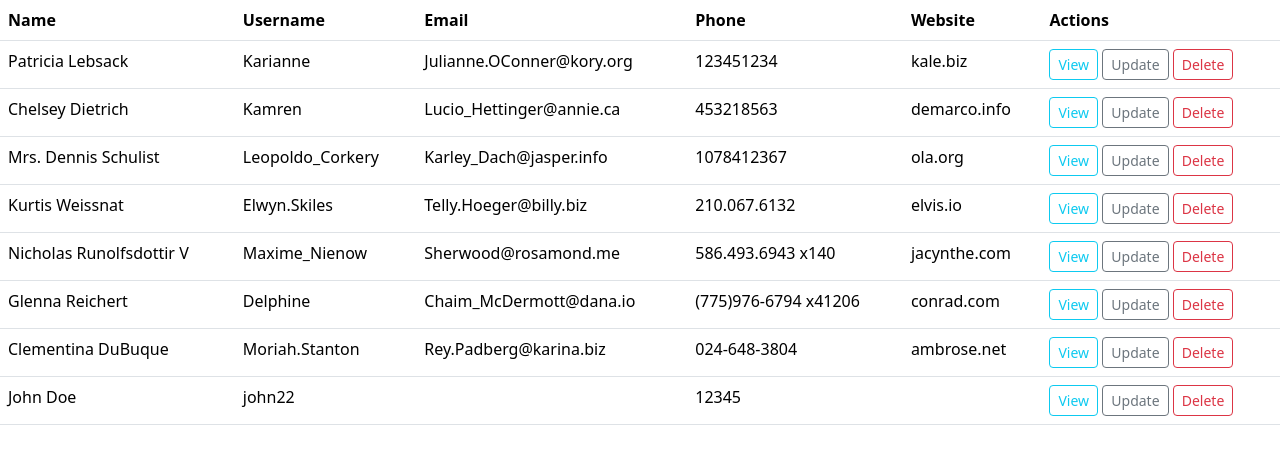
Repository: AyushMahatara/PHP-Simple-CRUD-with-JSON
Page: http://localhost/user/index.php
The author's editor kept a copy of each file at every save. The page is drawn from the files as they stood at one save, then again after the next save.
The browser window is 1280 px wide. The pictures show the whole page.
The page is run by PHP 8.4 with error messages shown; the project is at /var/www/html/.

Above is the page before, as saved 2024-03-20 15:41:41.

### user/index.php
<?php
require 'users.php';

$users = getUsers();
?>
<!DOCTYPE html>
<html lang="en">

<head>
    <meta charset="UTF-8">
    <meta name="viewport" content="width=device-width, initial-scale=1.0">
    <link href="https://cdn.jsdelivr.net/npm/bootstrap@5.3.3/dist/css/bootstrap.min.css" rel="stylesheet" integrity="sha384-QWTKZyjpPEjISv5WaRU9OFeRpok6YctnYmDr5pNlyT2bRjXh0JMhjY6hW+ALEwIH" crossorigin="anonymous">
    <title>Document</title>
</head>

<body>

    <table class="table">

        <thead>
            <tr>
                <th>Name</th>
                <th>Username</th>
                <th>Email</th>
                <th>Phone</th>
                <th>Website</th>
                <th>Actions</th>
            </tr>
        </thead>
        <tbody>
            <?php

            foreach ($users as $user) : ?>
                <tr>
                    <td>
                        <?php echo $user['name'] ?>
                    </td>
                    <td>
                        <?php echo $user['username'] ?>
                    </td>
                    <td>
                        <?php echo $user['email'] ?>
                    </td>
                    <td>
                        <?php echo $user['phone'] ?>
                    </td>
                    <td>
                        <?php echo $user['website'] ?>
                    </td>
                    <td>
                        <a href="view.php?id=<?php echo $user['id'] ?>" class="btn btn-sm btn-outline-info">View</a>
                        <a href="update.php?id=<?php echo $user['id'] ?>" class="btn btn-sm btn-outline-secondary">Update</a>
                        <a href="delete.php?id=<?php echo $user['id'] ?>" class="btn btn-sm btn-outline-danger">Delete</a>
                    </td>
                </tr>
            <?php
            endforeach     ?>
        </tbody>

    </table>

</body>

<script src="https://cdn.jsdelivr.net/npm/bootstrap@5.3.3/dist/js/bootstrap.bundle.min.js" integrity="sha384-YvpcrYf0tY3lHB60NNkmXc5s9fDVZLESaAA55NDzOxhy9GkcIdslK1eN7N6jIeHz" crossorigin="anonymous"></script>


</html>

### user/users.php
<?php

function getUsers()
{
    return json_decode(file_get_contents('./users.json'), true);

    // echo '<pre>';
    // var_dump($users);
    // echo '<pre>';
}


function getUserById($id)
{
    $users = getUsers();
    foreach ($users as $user) {
        if ($user['id'] == $id) {
            return $user;
        }
    }
    return null;
}


function createUser($data)
{
}


function updateUser($data, $id)
{
}

function deleteUser($id)
{
}

### user/users.json
[
  {
    "id": 4,
    "name": "Patricia Lebsack",
    "username": "Karianne",
    "email": "Julianne.OConner@kory.org",
    "phone": "123451234",
    "website": "kale.biz",
    "extension": "jpg"
  },
  {
    "id": 5,
    "name": "Chelsey Dietrich",
    "username": "Kamren",
    "email": "Lucio_Hettinger@annie.ca",
    "phone": "453218563",
    "website": "demarco.info",
    "extension": "jpg"
  },
  {
    "id": 6,
    "name": "Mrs. Dennis Schulist",
    "username": "Leopoldo_Corkery",
    "email": "Karley_Dach@jasper.info",
    "phone": "1078412367",
    "website": "ola.org",
    "extension": "jpg"
  },
  {
    "id": 7,
    "name": "Kurtis Weissnat",
    "username": "Elwyn.Skiles",
    "email": "Telly.Hoeger@billy.biz",
    "phone": "210.067.6132",
    "website": "elvis.io"
  },
  {
    "id": 8,
    "name": "Nicholas Runolfsdottir V",
    "username": "Maxime_Nienow",
    "email": "Sherwood@rosamond.me",
    "phone": "586.493.6943 x140",
    "website": "jacynthe.com"
  },
  {
    "id": 9,
    "name": "Glenna Reichert",
    "username": "Delphine",
    "email": "Chaim_McDermott@dana.io",
    "phone": "(775)976-6794 x41206",
    "website": "conrad.com"
  },
  {
    "id": 10,
    "name": "Clementina DuBuque",
    "username": "Moriah.Stanton",
    "email": "Rey.Padberg@karina.biz",
    "phone": "024-648-3804",
    "website": "ambrose.net"
  },
  {
    "name": "John Doe",
    "username": "john22",
    "email": "",
    "phone": "12345",
    "website": "",
    "id": 1879571,
    "extension": "jpg"
  }
]

After the next save:
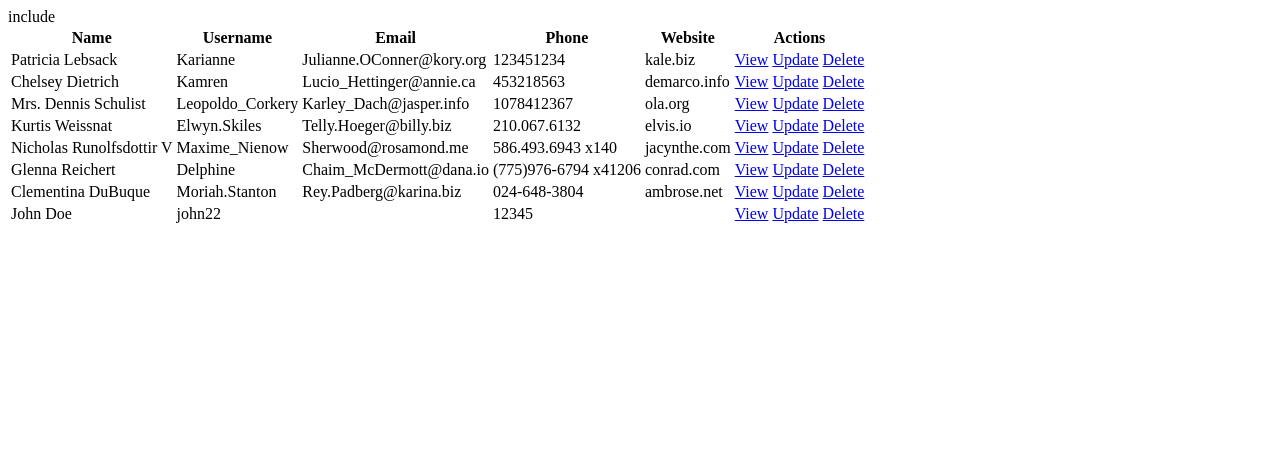
Saved 36 s later.
--- a/user/index.php
+++ b/user/index.php
@@ -3,61 +3,51 @@ require 'users.php';
 
 $users = getUsers();
 ?>
-<!DOCTYPE html>
-<html lang="en">
 
-<head>
-    <meta charset="UTF-8">
-    <meta name="viewport" content="width=device-width, initial-scale=1.0">
-    <link href="https://cdn.jsdelivr.net/npm/bootstrap@5.3.3/dist/css/bootstrap.min.css" rel="stylesheet" integrity="sha384-QWTKZyjpPEjISv5WaRU9OFeRpok6YctnYmDr5pNlyT2bRjXh0JMhjY6hW+ALEwIH" crossorigin="anonymous">
-    <title>Document</title>
-</head>
+include
+<table class="table">
 
-<body>
+    <thead>
+        <tr>
+            <th>Name</th>
+            <th>Username</th>
+            <th>Email</th>
+            <th>Phone</th>
+            <th>Website</th>
+            <th>Actions</th>
+        </tr>
+    </thead>
+    <tbody>
+        <?php
 
-    <table class="table">
+        foreach ($users as $user) : ?>
+            <tr>
+                <td>
+                    <?php echo $user['name'] ?>
+                </td>
+                <td>
+                    <?php echo $user['username'] ?>
+                </td>
+                <td>
+                    <?php echo $user['email'] ?>
+                </td>
+                <td>
+                    <?php echo $user['phone'] ?>
+                </td>
+                <td>
+                    <?php echo $user['website'] ?>
+                </td>
+                <td>
+                    <a href="view.php?id=<?php echo $user['id'] ?>" class="btn btn-sm btn-outline-info">View</a>
+                    <a href="update.php?id=<?php echo $user['id'] ?>" class="btn btn-sm btn-outline-secondary">Update</a>
+                    <a href="delete.php?id=<?php echo $user['id'] ?>" class="btn btn-sm btn-outline-danger">Delete</a>
+                </td>
+            </tr>
+        <?php
+        endforeach     ?>
+    </tbody>
 
-        <thead>
-            <tr>
-                <th>Name</th>
-                <th>Username</th>
-                <th>Email</th>
-                <th>Phone</th>
-                <th>Website</th>
-                <th>Actions</th>
-            </tr>
-        </thead>
-        <tbody>
-            <?php
-
-            foreach ($users as $user) : ?>
-                <tr>
-                    <td>
-                        <?php echo $user['name'] ?>
-                    </td>
-                    <td>
-                        <?php echo $user['username'] ?>
-                    </td>
-                    <td>
-                        <?php echo $user['email'] ?>
-                    </td>
-                    <td>
-                        <?php echo $user['phone'] ?>
-                    </td>
-                    <td>
-                        <?php echo $user['website'] ?>
-                    </td>
-                    <td>
-                        <a href="view.php?id=<?php echo $user['id'] ?>" class="btn btn-sm btn-outline-info">View</a>
-                        <a href="update.php?id=<?php echo $user['id'] ?>" class="btn btn-sm btn-outline-secondary">Update</a>
-                        <a href="delete.php?id=<?php echo $user['id'] ?>" class="btn btn-sm btn-outline-danger">Delete</a>
-                    </td>
-                </tr>
-            <?php
-            endforeach     ?>
-        </tbody>
-
-    </table>
+</table>
 
 </body>
 
